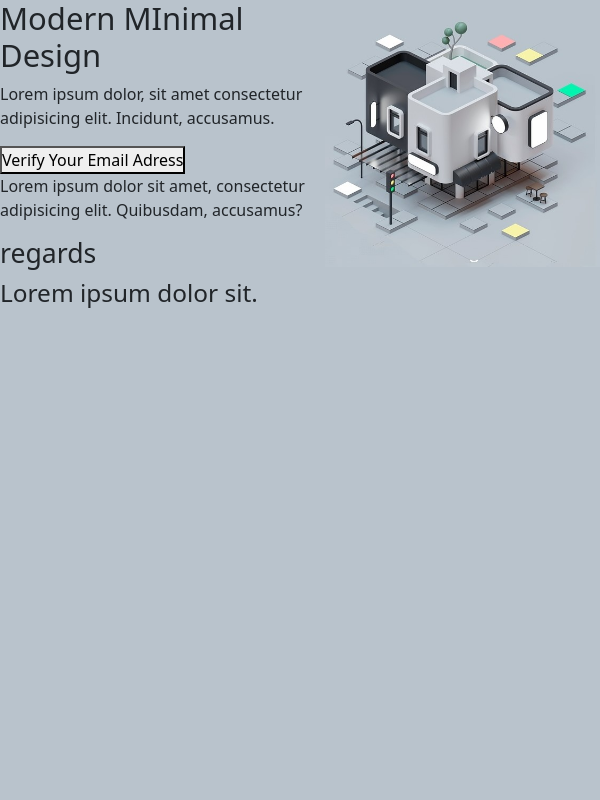
Repository: Aayush919/taskui
Page: index.html
These files come from the project's save history. The page is drawn as it stood at one moment and after a run of saves; the edit follows.
The browser window is 600 px wide. The pictures show the whole page.

Above is the page before, as saved 2024-01-12 12:34:05.

### index.html
<!doctype html>
<html lang="en">

<head>
    <meta charset="utf-8">
    <meta name="viewport" content="width=device-width, initial-scale=1">
    <title>Bootstrap demo</title>
    <link href="https://cdn.jsdelivr.net/npm/bootstrap@5.3.2/dist/css/bootstrap.min.css" rel="stylesheet"
        integrity="sha384-T3c6CoIi6uLrA9TneNEoa7RxnatzjcDSCmG1MXxSR1GAsXEV/Dwwykc2MPK8M2HN" crossorigin="anonymous">
        <link rel="stylesheet" href="style.css">
</head>

<body>



    <div class="custom-bg">
        <div class="right">
          <div class="top">
            <h1>Modern <span>MInimal</span> Design</h1>
            <p>Lorem ipsum dolor, sit amet consectetur adipisicing elit. Incidunt, accusamus.</p>
            <button>Verify Your Email Adress</button>
            <p>Lorem ipsum dolor sit amet, consectetur adipisicing elit. Quibusdam, accusamus?</p>
            <h2>regards</h2>
            <h3>Lorem ipsum dolor sit.</h3>
          </div>


        </div>
        <div class="left">
            <img src="./bg.jpg" alt="" class="img-fluid">
        </div>

    </div>

    <script src="https://cdn.jsdelivr.net/npm/bootstrap@5.3.2/dist/js/bootstrap.bundle.min.js"
        integrity="sha384-C6RzsynM9kWDrMNeT87bh95OGNyZPhcTNXj1NW7RuBCsyN/o0jlpcV8Qyq46cDfL"
        crossorigin="anonymous"></script>
</body>

</html>

<!-- -->

### style.css
*{
margin: 0;
padding: 0;
box-sizing: border-box;
}


html,body{
    height: 100%;
    width: 100%;

}

.custom-bg{
    background-color:#B9C3CC;
    height: 100%;
    width: 100%;
    display: flex;
    justify-content: space-between;


}

@media(max-width:667px){

}


.custom-bg .left img{
    right: 0px;

}

After the next 2 saves:
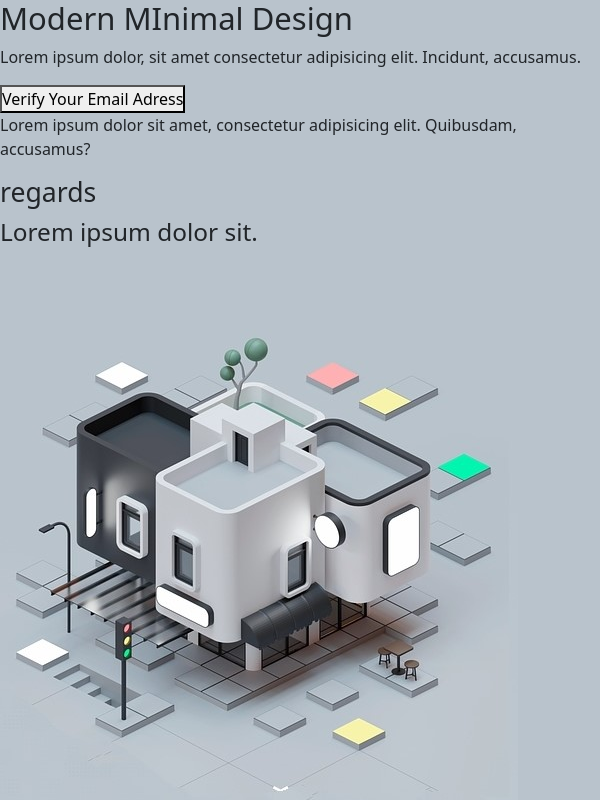
The 2 saves are shown as one change because they came seconds apart.
The last was saved 16 s later.
--- a/style.css
+++ b/style.css
@@ -22,7 +22,9 @@ html,body{
 }
 
 @media(max-width:667px){
-
+    .custom-bg{
+        flex-direction: column;
+    }
 }
 
 
